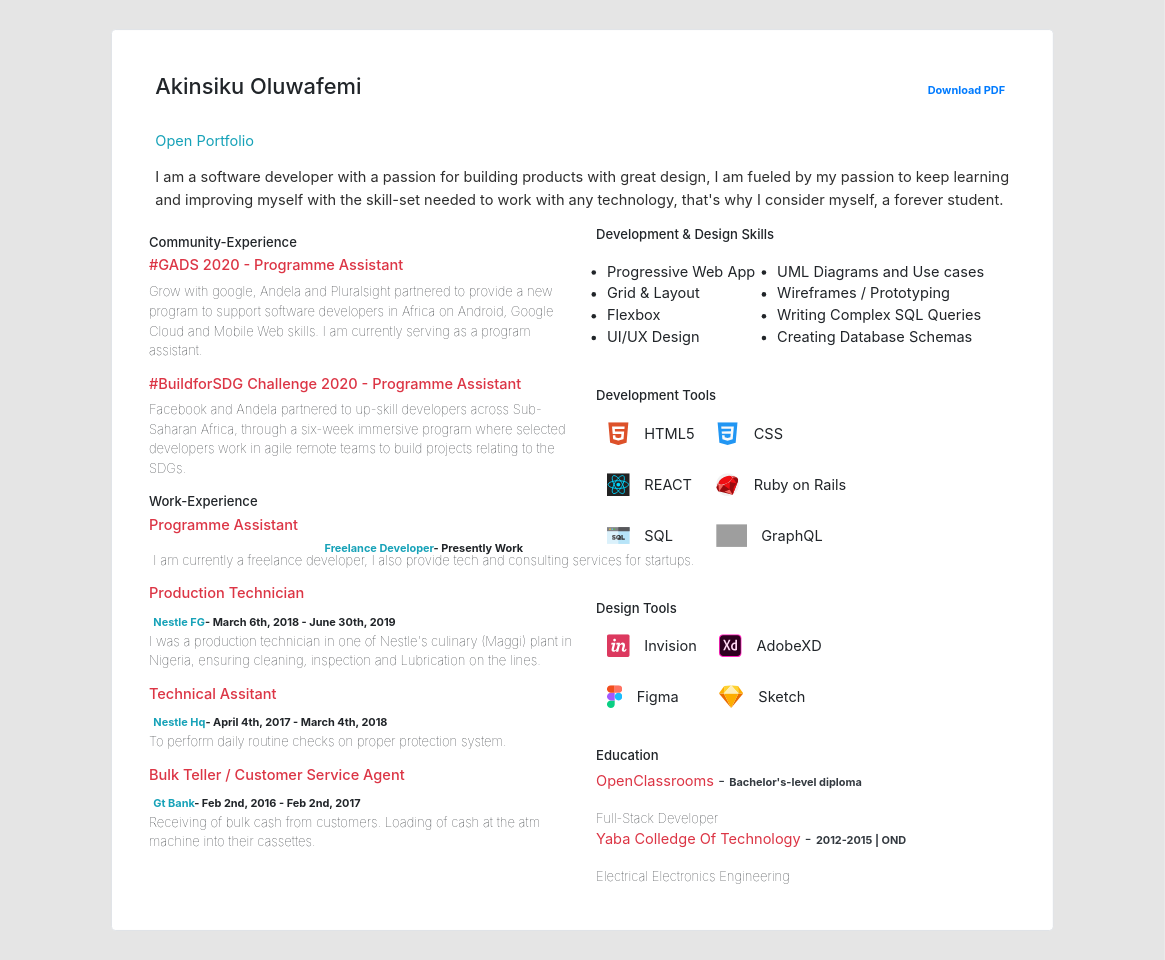
Repository: akinsikuoluwafemi/resume
Page: index.html
The author's editor kept a copy of each file at every save. The page is drawn from the files as they stood at one save, then again after a run of saves.
The browser window is 1280 px wide. The pictures show the whole page, at 91% of full size.
Pictures or frames that could not be fetched are drawn as grey boxes. The style sheet was rebuilt from its Sass, Less or Tailwind sources for each picture, by a compiler version that may differ from the author's.

Above is the page before, as saved 2020-10-26 16:59:46.

After the next 2 saves:
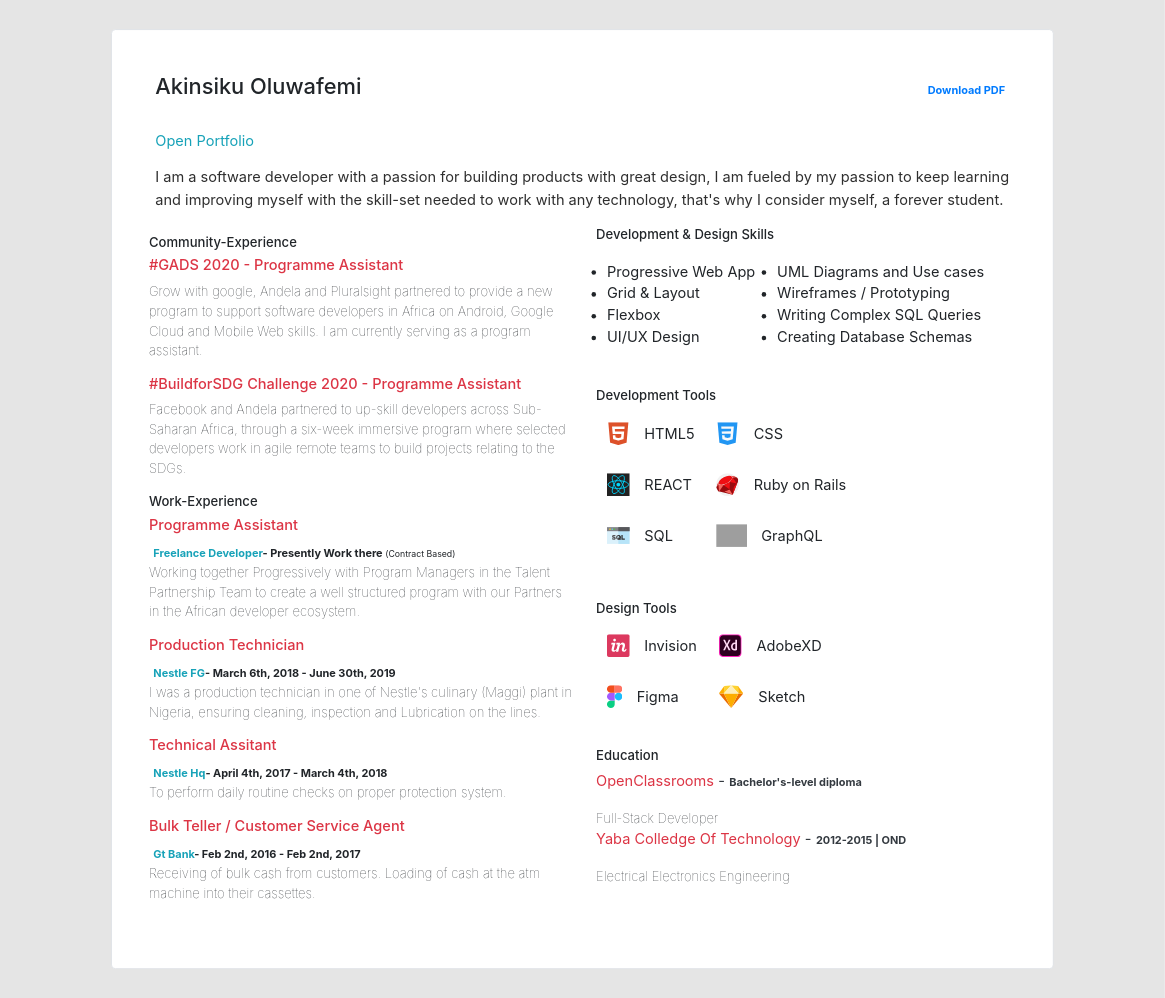
The 2 saves are shown as one change because they came seconds apart.
The last was saved 48 s later.
--- a/index.html
+++ b/index.html
@@ -78,8 +78,9 @@
                     <div>
                         <h5 class="item__header">Work-Experience</h5>
                         <h6 class="item__job text-danger">Programme Assistant</h6>
-                        <span class="badge"><span class="text-info">Freelance Developer</span>- Presently Work
-                        <p class="item__description">I am currently a freelance developer, I also provide tech and consulting services for startups.</p>
+                        <span class="badge"><span class="text-info">Freelance Developer</span>- Presently Work there <small>(Contract Based)</small></span>
+                        <p class="item__description">Working together Progressively with Program Managers in the Talent Partnership Team to create a well structured program with our Partners in the
+                        African developer ecosystem.</p>
 
                     </div>
                     <div>
